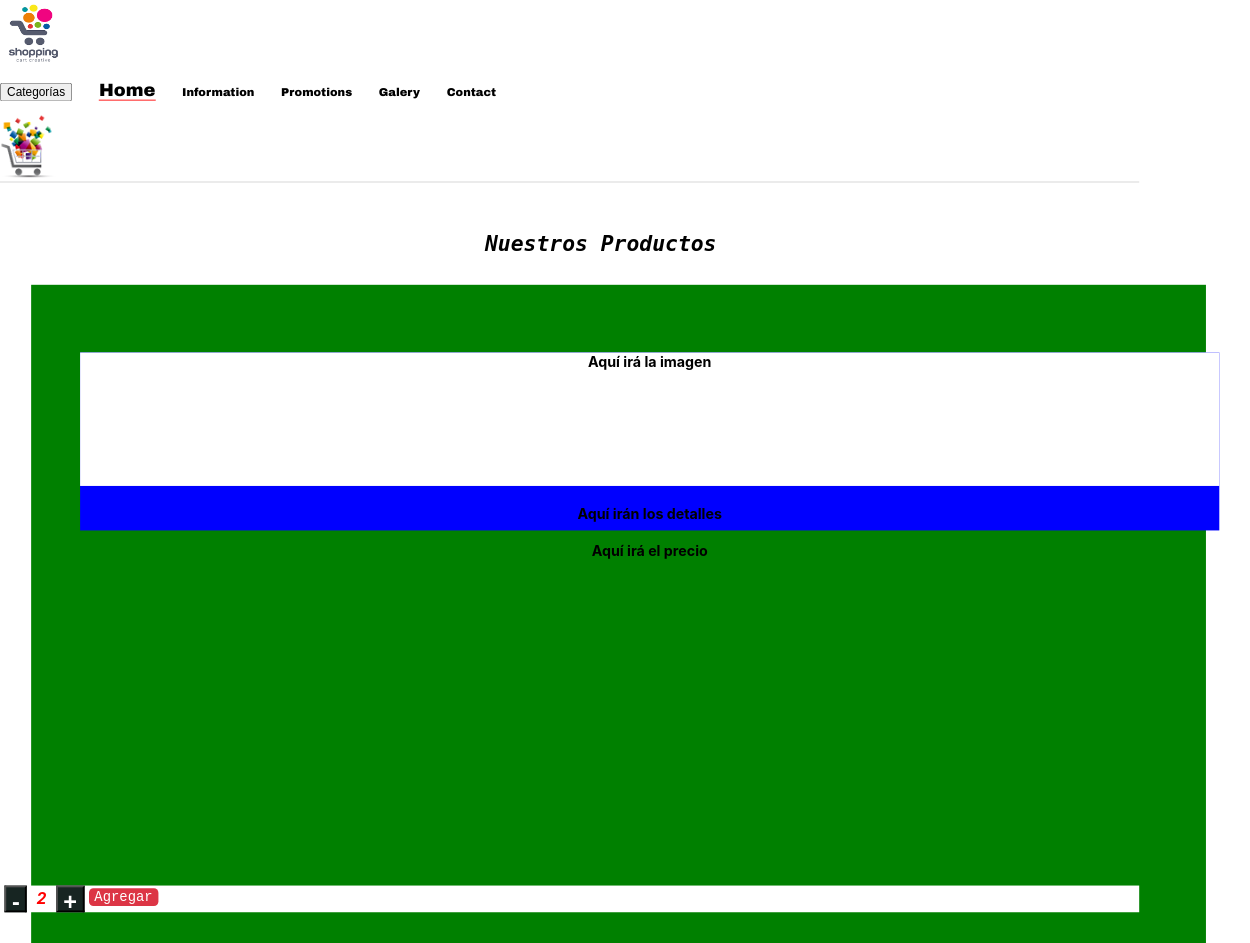
Repository: gustavomanuelquintana/CoderRepository
Page: / (app in cards-commers/)
These files come from the project's save history. The page is drawn as it stood at one moment and after the next save; the edit follows.
The browser window is 1280 px wide. The page is 1405 px wide, so the pictures cover 1405 px, including what lies to the right of the window. The pictures show the whole page, at 89% of full size.
The project was rebuilt for these pictures with package versions that can differ from the ones it lists, and the page was loaded fresh each time.

Above is the page before, as saved 2020-10-31 14:47:30.

After the next save:
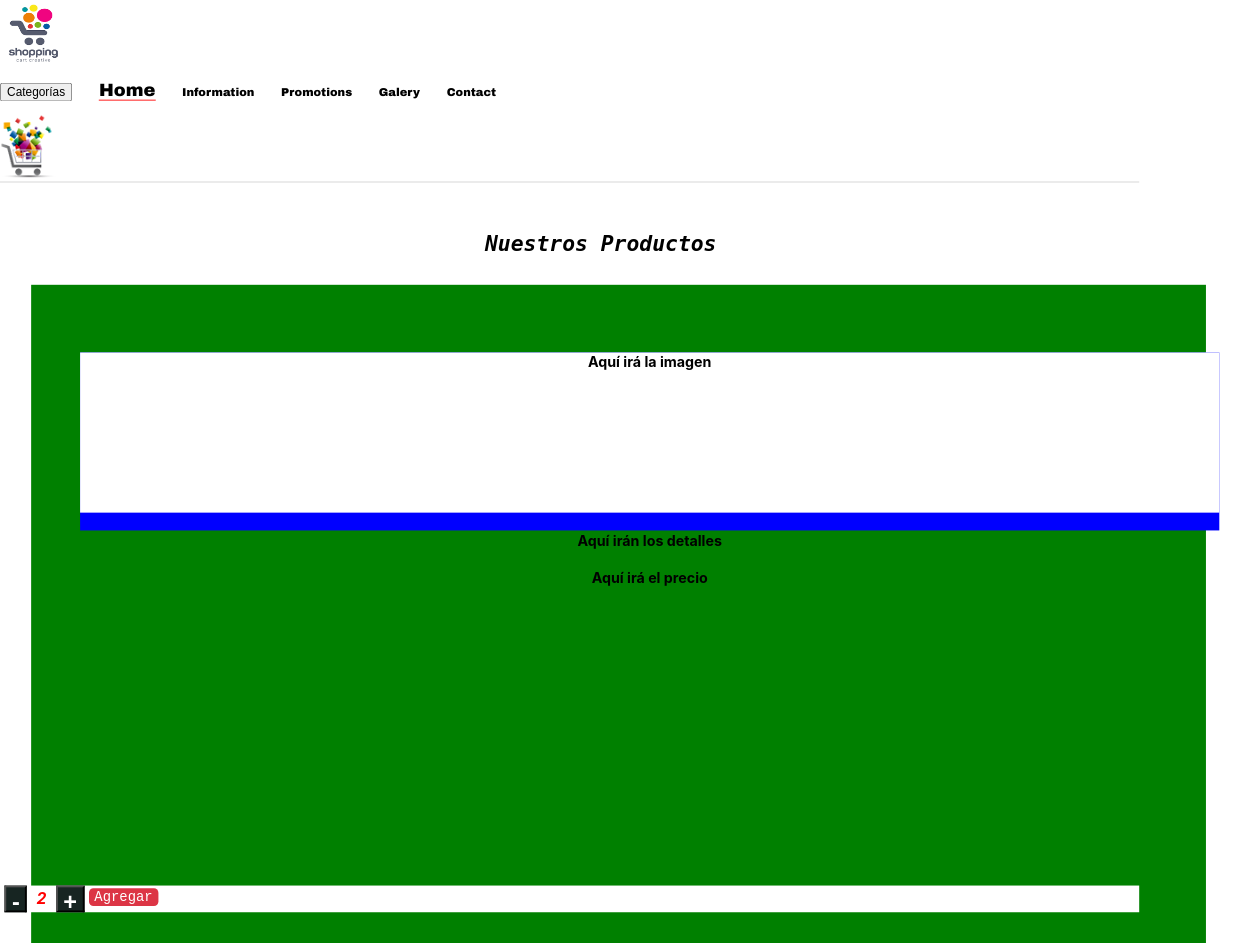
Saved 11 s later.
--- a/cards-commers/src/Components/ItemListContainer/Item/Item.css
+++ b/cards-commers/src/Components/ItemListContainer/Item/Item.css
@@ -6,5 +6,5 @@
 .containerImage{
     background: white;
     max-height:200px;
-    height: 150px;
+    height: 180px;
 }
